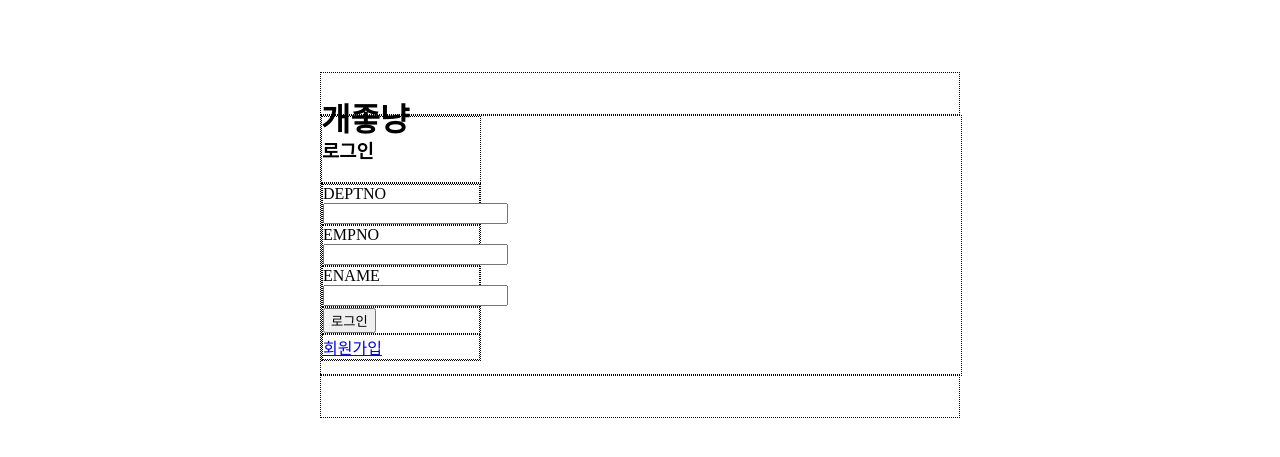
Repository: rmsgh2392/jee-company
Page: http://localhost/company/facade.do
The author's editor kept a copy of each file at every save. The page is drawn from the files as they stood at one save, then again after the next save.
The browser window is 1280 px wide. The pictures show the whole page.
The page is served by Tomcat 9.

Above is the page before, as saved 2019-10-07 10:46:25.

After the next save:
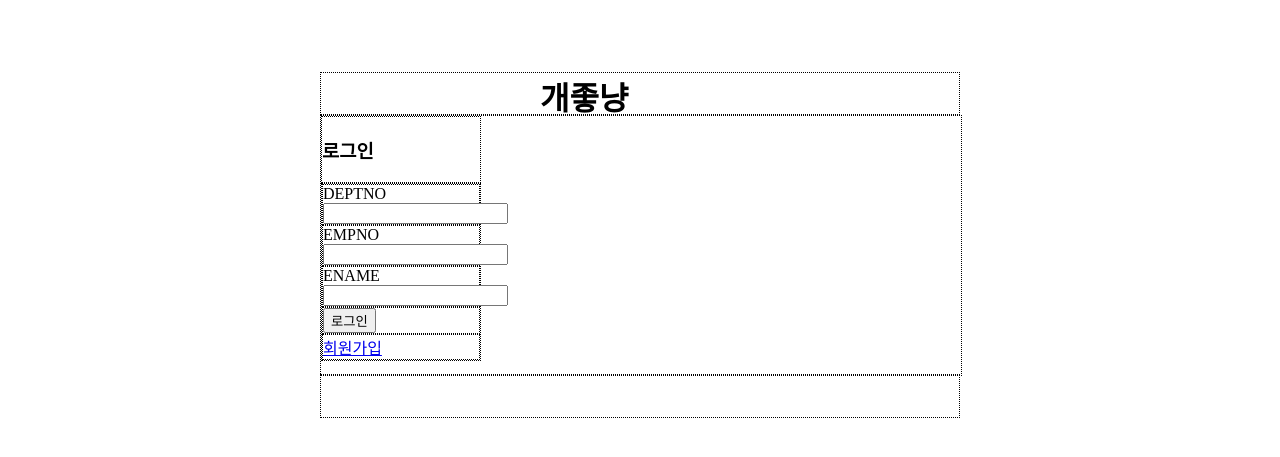
Saved 20 s later.
--- a/company/WebContent/resources/css/style.css
+++ b/company/WebContent/resources/css/style.css
@@ -25,7 +25,7 @@ html, body{
 	grid-template-rows : 10% 60% 30%;
 
 }
-#main_text{width : 200px; ,margin: 0 auto}
+#main_text { width : 200px; margin : 0 auto}
 .join_spac{
 	display : grid;
 	width: 70%;
